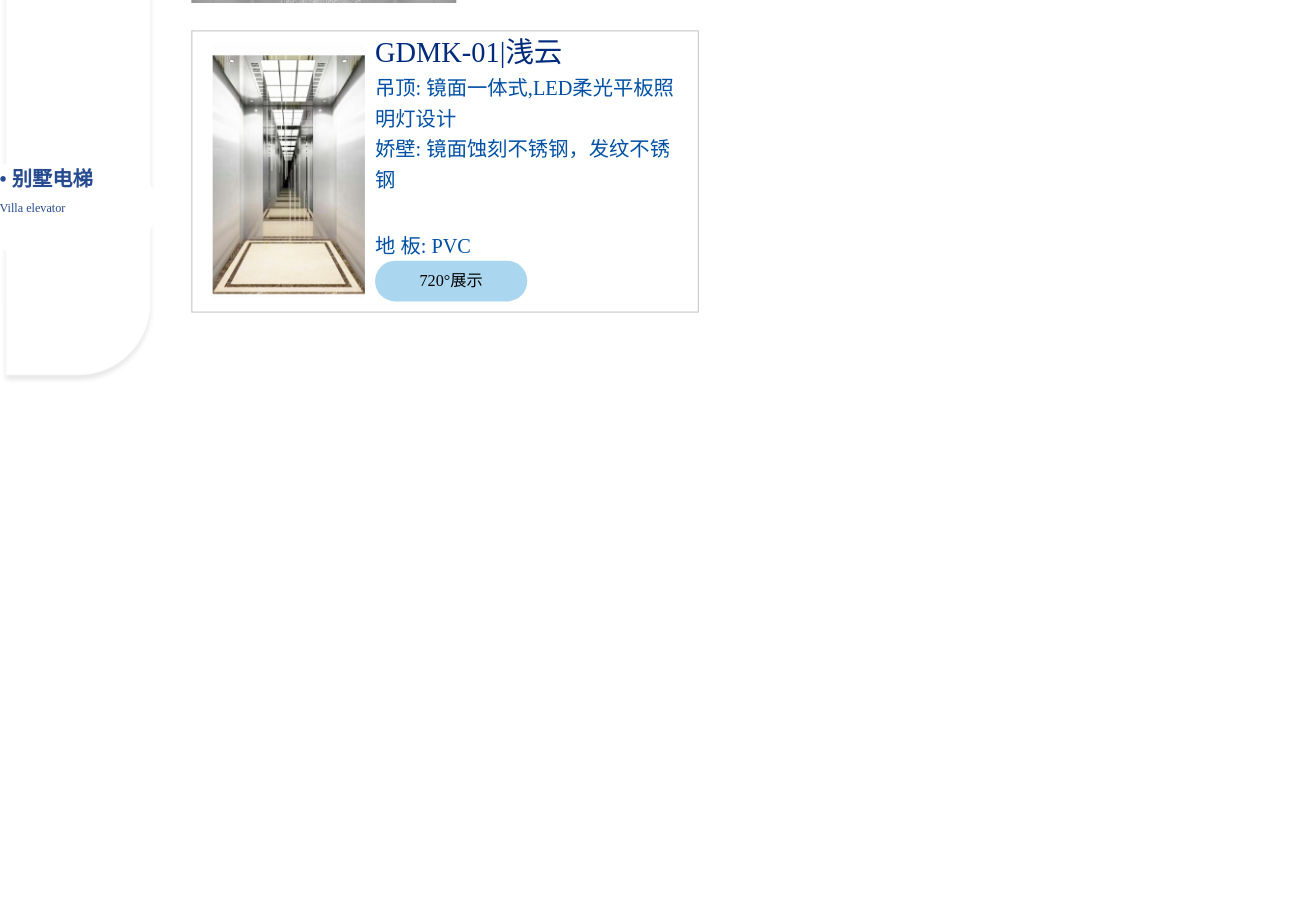
Repository: XIE-code/elevator-ipad
Page: /
The author's editor kept a copy of each file at every save. The page is drawn from the files as they stood at one save, then again after a run of saves.
The browser window is 1280 px wide. The page is 1845 px wide, so the pictures cover 1845 px, including what lies to the right of the window. The pictures show the part of the page from y = 525 to 1845 px (the page is 1845 px tall), at 70% of full size.
The project was rebuilt for these pictures with package versions that can differ from the ones it lists, and the page was loaded fresh each time. Also part of the build but not shown: vue.config.js.

Above is the page before, as saved 2025-03-26 11:08:32.

After the next 2 saves:
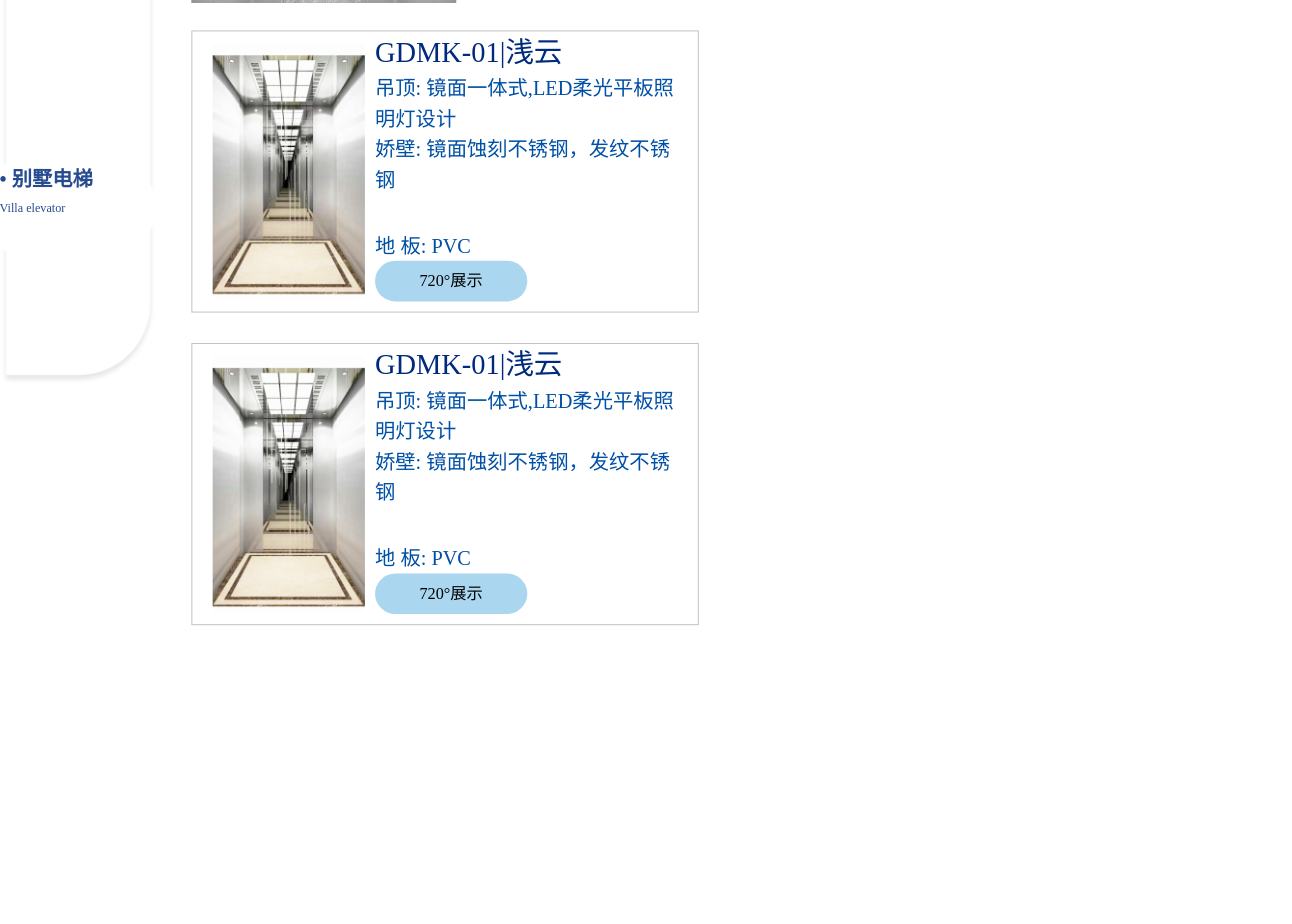
The 2 saves are shown as one change because 1 did not build or start.
The last was saved 54 s later.
--- a/src/views/product/ProductView.vue
+++ b/src/views/product/ProductView.vue
@@ -53,7 +53,11 @@
                 <!-- 乘客电梯产品 -->
                 <div class="center-box" style="margin-top: 1.25rem">
                     <!-- 电梯1 -->
-                    <div class="web-passenger-product">
+                    <div
+                        class="web-passenger-product"
+                        v-for="(list, index) in elist"
+                        :key="index"
+                    >
                         <div class="web-passenger-product-box">
                             <div class="web-passenger-product-box-img">
                                 <img
